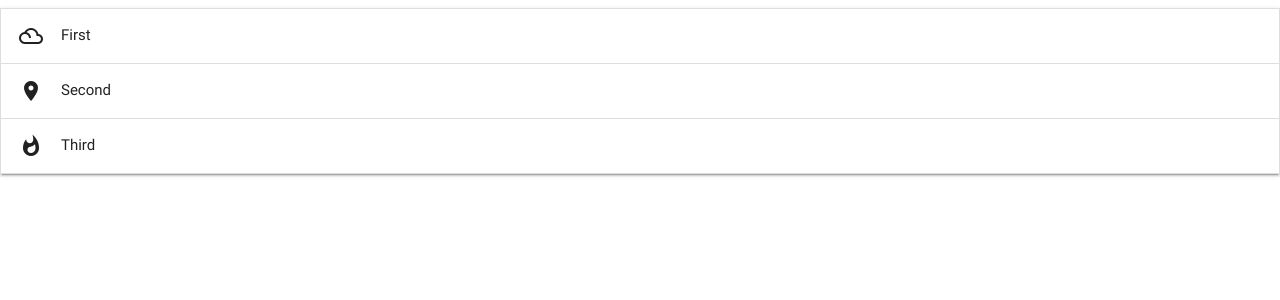
Repository: CapitainHolmes/task-manager
Page: http://localhost/
The author's editor kept a record of every edit. The page is drawn from the files as they stood at one moment, then again after the next edit.
The browser window is 1280 px wide. The pictures show the whole page.
Some web libraries are served in a nearby version. The page is served by the project's application, run on Flask 3 (app.py). Queries for data that is not in the repository find no rows.

Above is the page before.

After the next edit:
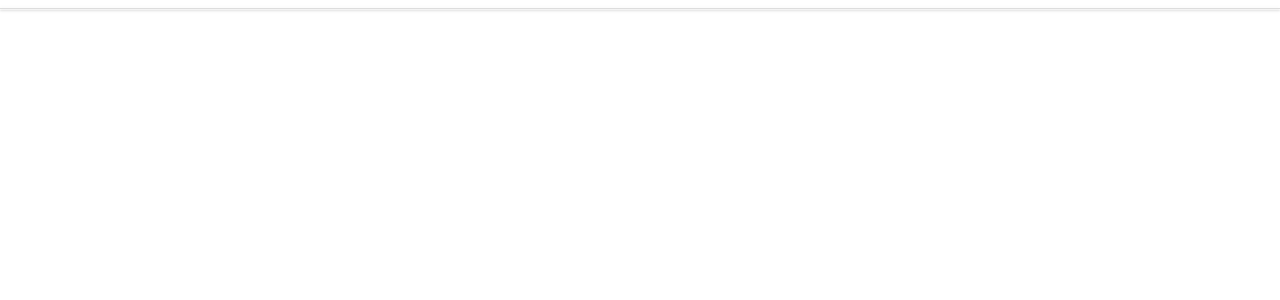
The edit:
--- a/templates/tasks.html
+++ b/templates/tasks.html
@@ -1,27 +1,26 @@
-{% extends 'base.html' %}
-{% block content %}
-{% for task in tasks %}
-        {{task.task_name}}
-        {{task.category_name}}
-        {{task.task_description}}
-        {{task.is_urgent}}
-        {{task.due_date}}
-    {% endfor %}
+{% extends 'base.html'%} {% block content %}
+<div class="row">
+    <ul class="collapsible" data-collapsible="accordion">
+        {% for task in tasks %}
+        <li>
+            <div class="collapsible-header">
+                <div class="col s3">
+                    <i class="material-icons">expand_more</i>
+                    <a class="waves-effect waves-light btn btn_small">Done</a>
+                    <a class="waves-effect waves-light btn btn_small blue">Edit</a>
 
-<ul class="collapsible">
-    <li>
-        <div class="collapsible-header"><i class="material-icons">filter_drama</i>First</div>
-        <div class="collapsible-body"><span>Lorem ipsum dolor sit amet.</span></div>
-    </li>
-    <li>
-        <div class="collapsible-header"><i class="material-icons">place</i>Second</div>
-        <div class="collapsible-body"><span>Lorem ipsum dolor sit amet.</span></div>
-    </li>
-    <li>
-        <div class="collapsible-header"><i class="material-icons">whatshot</i>Third</div>
-        <div class="collapsible-body"><span>Lorem ipsum dolor sit amet.</span></div>
-    </li>
-</ul>
-
-
+                </div>
+                <div class="task_header col s9">
+                    <strong>{{task.task_name}}</strong> - {{task.due_date}}
+                </div>
+            </div>
+            <div class="collapsible-body">
+                <span>
+                {{task.task_description}}
+            </span>
+            </div>
+        </li>
+        {% endfor %}
+    </ul>
+</div>
 {% endblock %}
